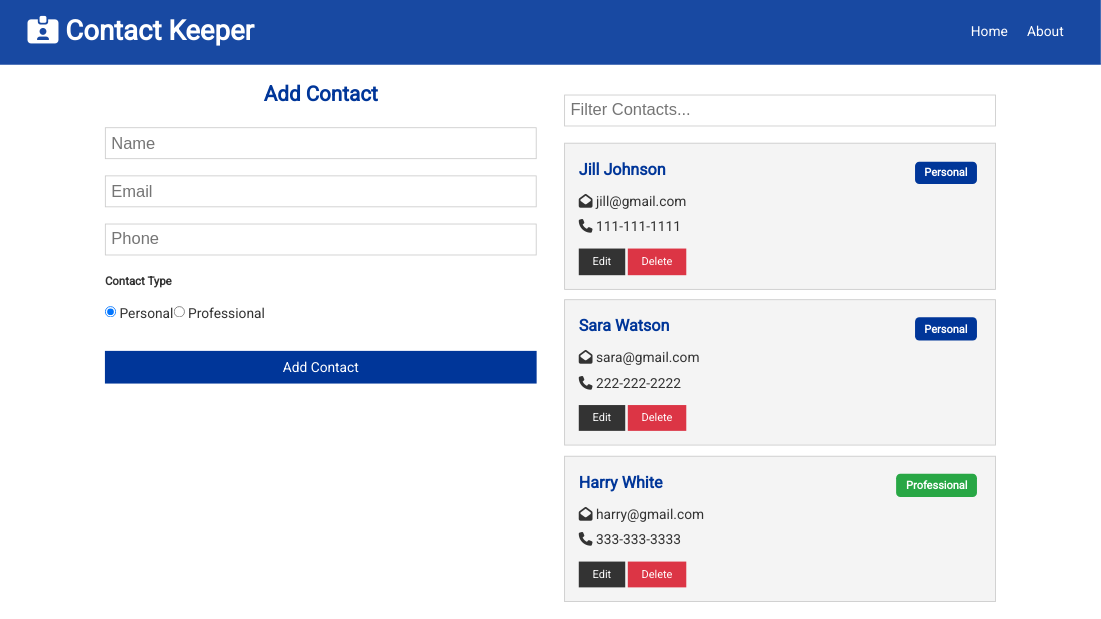
Repository: michaelm602623/contactKeeper
Page: / (app in client/)
The author's editor kept a copy of each file at every save. The page is drawn from the files as they stood at one save, then again after the next save.
The browser window is 1280 px wide. The pictures show the whole page, at 86% of full size.
Some web libraries are served in a nearby version. The project was rebuilt for these pictures with package versions that can differ from the ones it lists, and the page was loaded fresh each time. A package was used in the major version that the imports need, not the one package.json lists. Also part of the build but not shown: client/src/components/pages/About.js.

Above is the page before, as saved 2019-11-21 15:41:25.

After the next save:
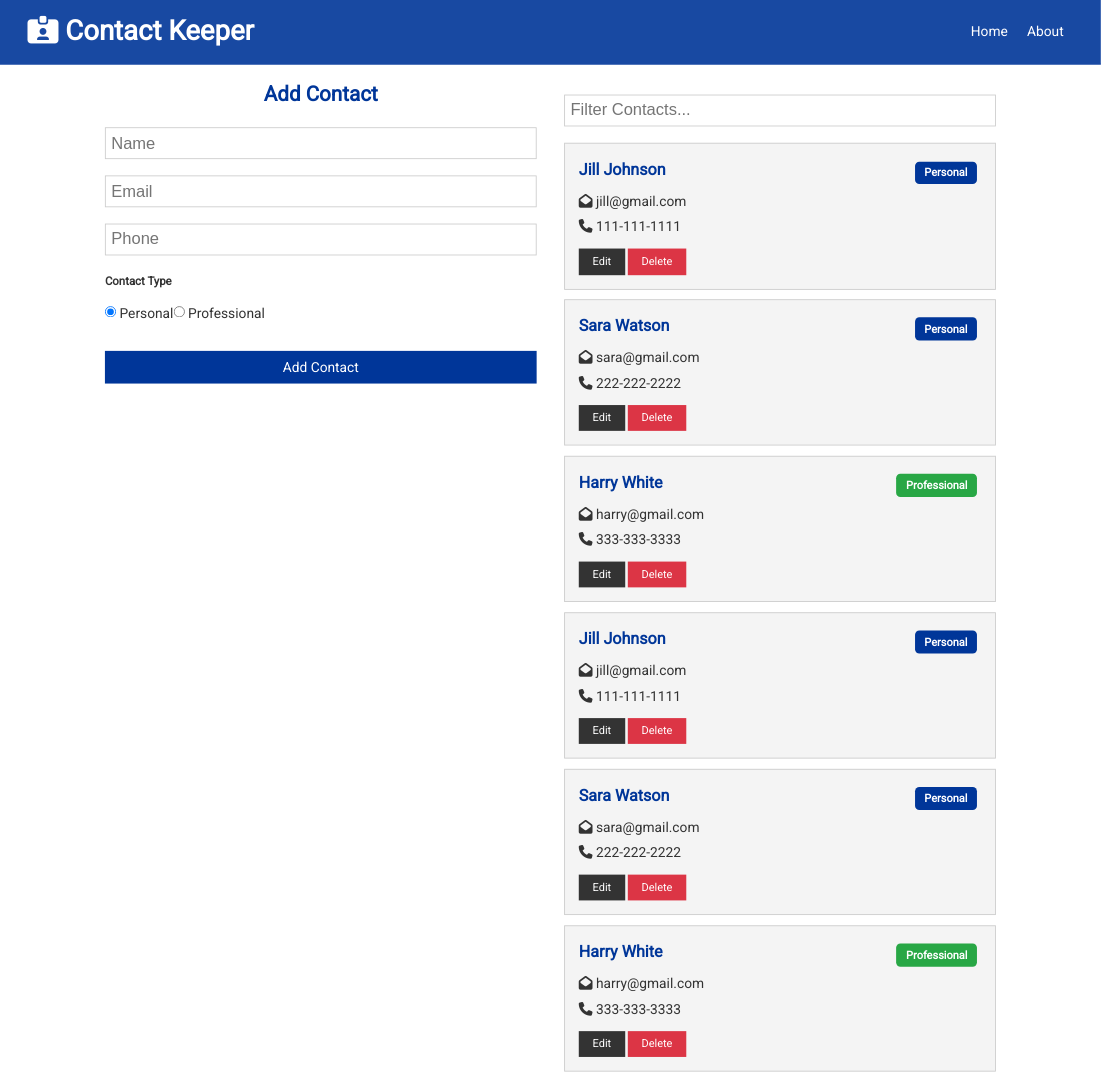
Saved 34 min 7 s later.
--- a/client/src/components/contacts/Contacts.js
+++ b/client/src/components/contacts/Contacts.js
@@ -5,10 +5,19 @@
 const Contacts = () => {
   const contactContext = useContext(ContactContext);
 
-  const { contacts } = contactContext;
+  const { contacts, filtered } = contactContext;
+
+  if(contacts.length === 0) {
+    return <h4>Please add a contact</h4>
+  }
 
   return (
     <Fragment>
+    {filtered !== null ? filtered.map(contact => (<ContactItem key={contact.id}
+    contact={contact} />)) : contacts.map(contact => (
+        <ContactItem key={contact.id} contact={contact} />
+      ))}
+
       {contacts.map(contact => (
         <ContactItem key={contact.id} contact={contact} />
       ))}

After the save that followed:
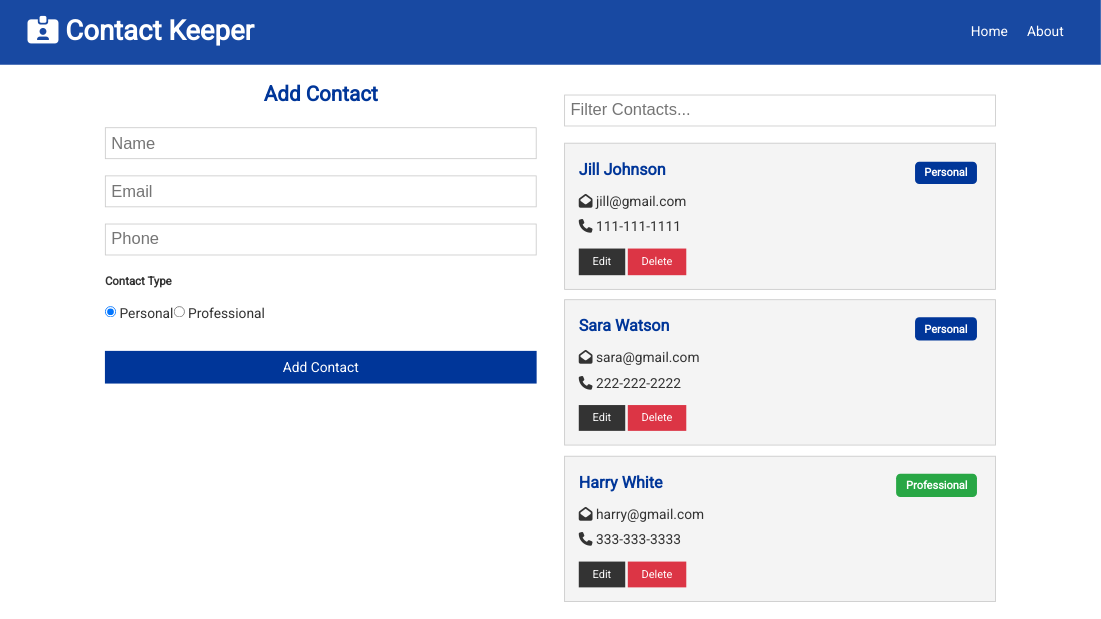
Saved 50 s later.
--- a/client/src/components/contacts/Contacts.js
+++ b/client/src/components/contacts/Contacts.js
@@ -1,5 +1,5 @@
 import React, { Fragment, useContext } from "react";
-import ContactItem from './ContactItem';
+import ContactItem from "./ContactItem";
 import ContactContext from "../../context/contact/contactContext";
 
 const Contacts = () => {
@@ -7,20 +7,19 @@
 
   const { contacts, filtered } = contactContext;
 
-  if(contacts.length === 0) {
-    return <h4>Please add a contact</h4>
+  if (contacts.length === 0) {
+    return <h4>Please add a contact</h4>;
   }
 
   return (
     <Fragment>
-    {filtered !== null ? filtered.map(contact => (<ContactItem key={contact.id}
-    contact={contact} />)) : contacts.map(contact => (
-        <ContactItem key={contact.id} contact={contact} />
-      ))}
-
-      {contacts.map(contact => (
-        <ContactItem key={contact.id} contact={contact} />
-      ))}
+      {filtered !== null
+        ? filtered.map(contact => (
+            <ContactItem key={contact.id} contact={contact} />
+          ))
+        : contacts.map(contact => (
+            <ContactItem key={contact.id} contact={contact} />
+          ))}
     </Fragment>
   );
 };
